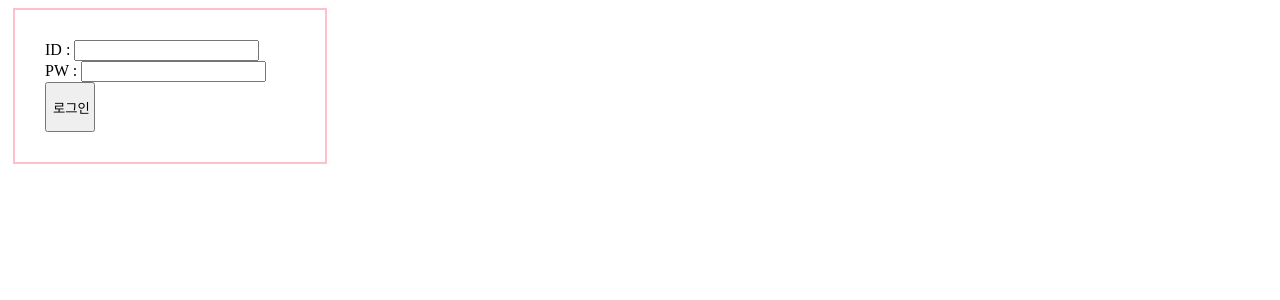
Repository: hyejux/jsp
Page: http://localhost/JSPBasic/response/res_02.jsp
An editor plug-in stored every save of this project. The page is shown before and after the next save, followed by the edit.
The browser window is 1280 px wide. The pictures show the whole page.
The page is served by Tomcat 10.

Above is the page before, as saved 2024-06-26 00:35:04.

After the next save:
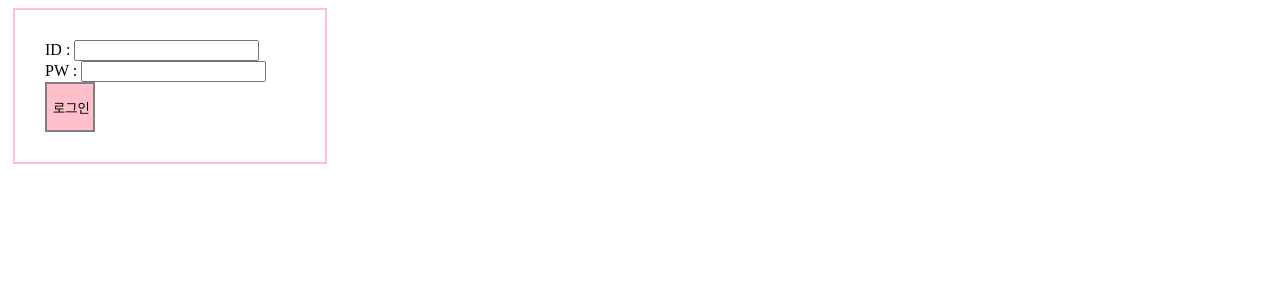
Saved 30 s later.
--- a/JSPBasic/src/main/webapp/response/res_02.jsp
+++ b/JSPBasic/src/main/webapp/response/res_02.jsp
@@ -17,6 +17,8 @@
 
 	#btn{
 
+	background-color : pink;
+	border: 2px solid grey;
 	width:50px;
 	height:50px;
 
